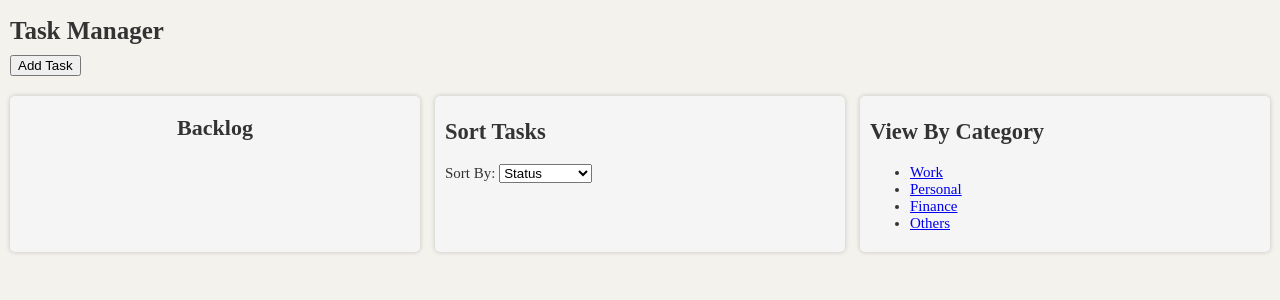
Repository: n-shen/task-tracker
Page: / (app in frontend/)
An editor plug-in stored every save of this project. The page is shown before and after the next save, followed by the edit.
The browser window is 1280 px wide. The pictures show the whole page.
The project was rebuilt for these pictures with package versions that can differ from the ones it lists, and the page was loaded fresh each time. Also part of the build but not shown: frontend/src/components/taskManager/addTask.jsx, frontend/src/components/tasks/task.jsx, frontend/src/components/taskManager/categoryTasks.jsx. Imported but missing from the stored project, and not drawn on this page: frontend/src/reportWebVitals.

Above is the page before, as saved 2023-04-20 14:10:14.

After the next save:
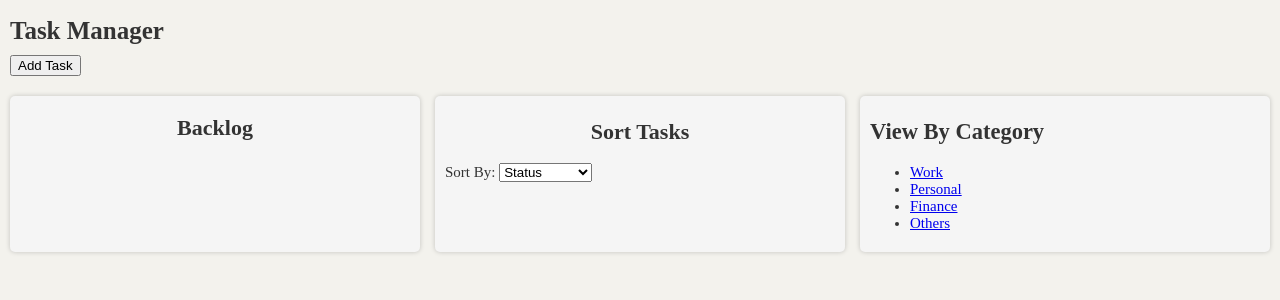
Saved 17 s later.
--- a/frontend/src/styles/sortTasks.css
+++ b/frontend/src/styles/sortTasks.css
@@ -5,3 +5,9 @@
   width: 100%;
   height: 100%;
 }
+
+.sort--head {
+  align-self: center;
+  font-size: 2.2rem;
+  font-weight: 700;
+}
